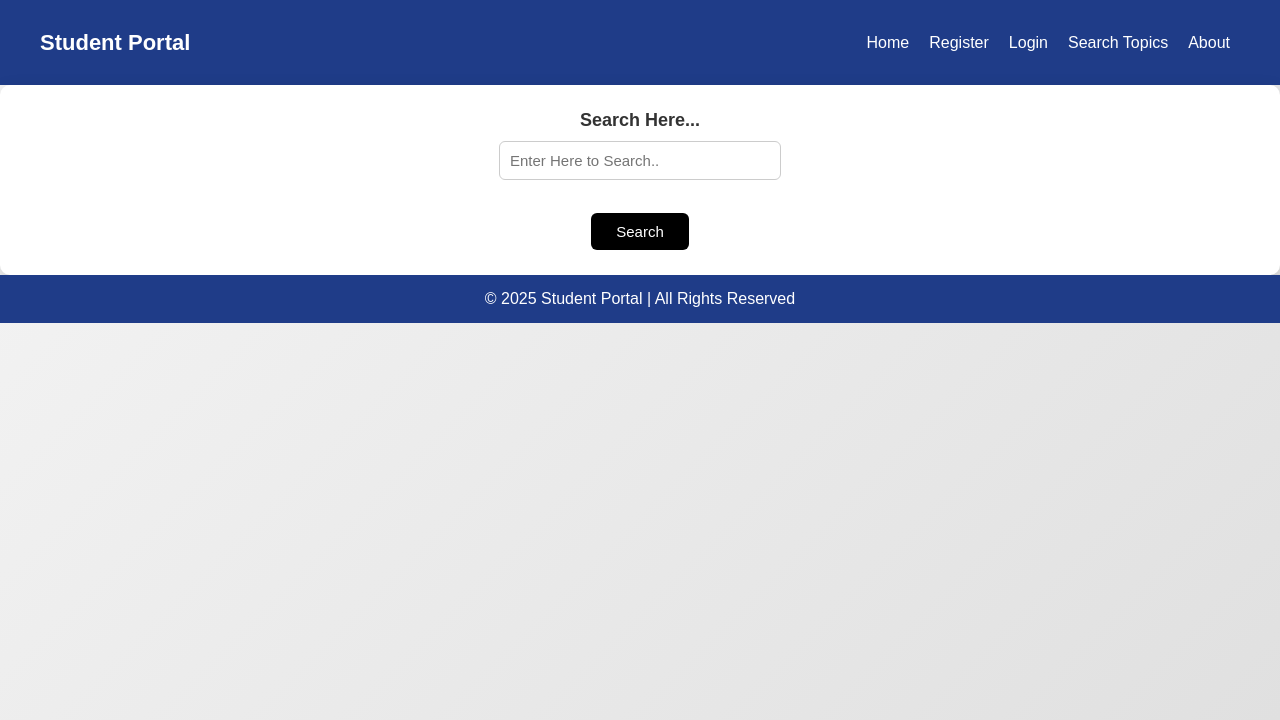
Repository: Tanvisalunkhe/Java_Codes
Page: demo/src/main/webapp/Search.html
An editor plug-in stored every save of this project. The page is shown before and after the next save, followed by the edit.
The browser window is 1280 px wide. The pictures show the whole page.

Above is the page before, as saved 2025-12-26 06:56:58.

After the next save:
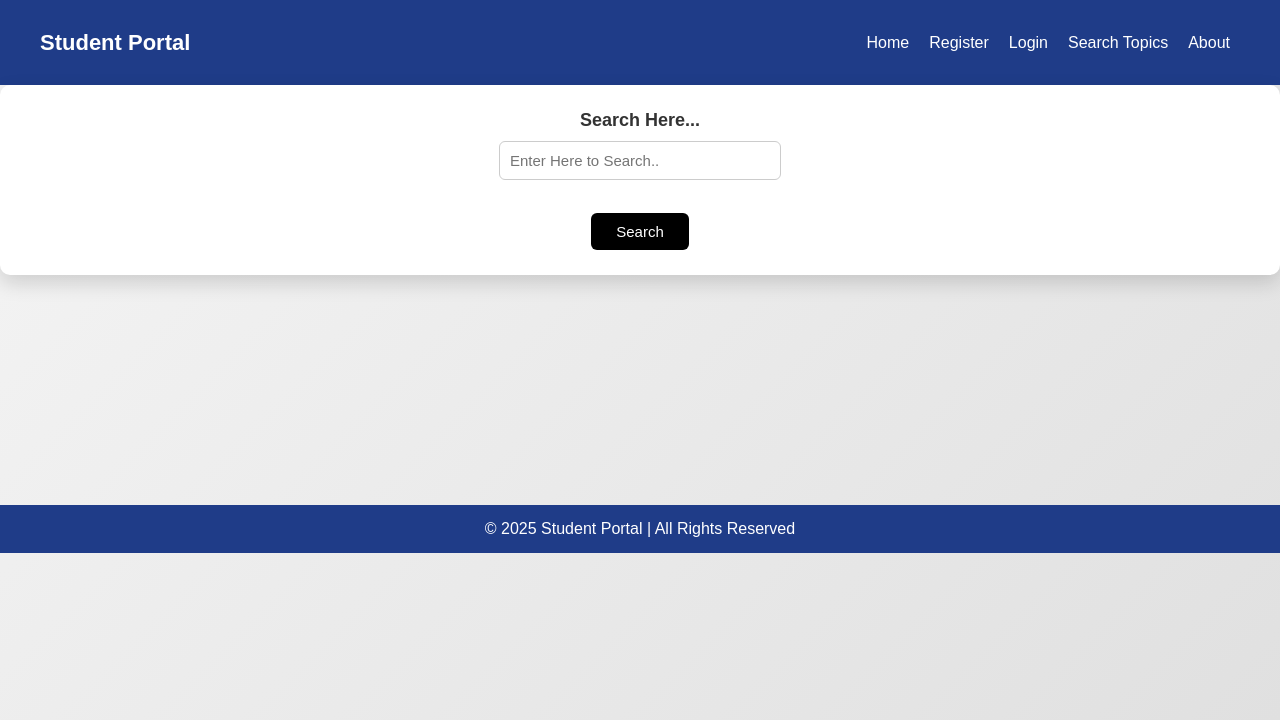
Saved 42 s later.
--- a/demo/src/main/webapp/Search.html
+++ b/demo/src/main/webapp/Search.html
@@ -100,8 +100,8 @@ button:hover {
             color: white;
             text-align: center;
             padding: 15px;
-            margin-top: auto;
-            margin:auto;
+            margin-top: 230px;
+
         }
 </style>
 </head>
